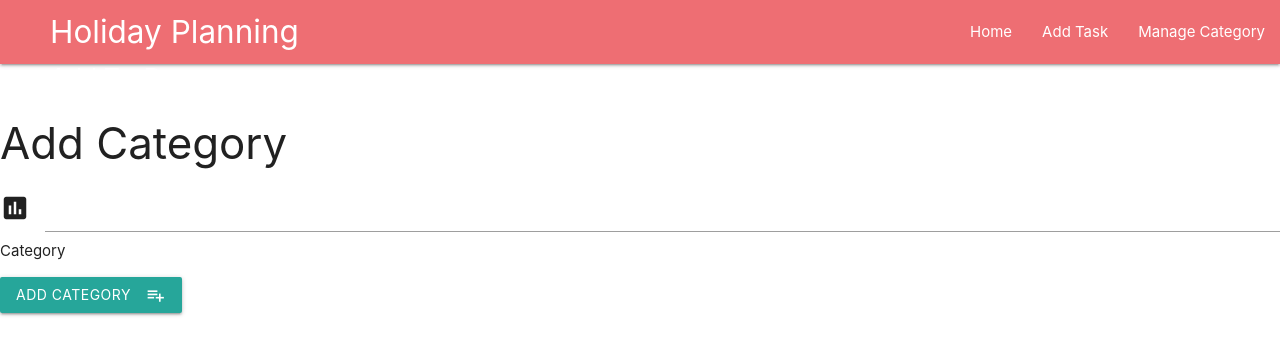
Repository: Code-Institute-Submissions/Project3-Holiday_Planning
Page: templates/addCategory.html
The author's editor kept a record of every edit. The page is drawn from the files as they stood at one moment, then again after the next edit.
The browser window is 1280 px wide. The pictures show the whole page.
Some web libraries are served in a nearby version. The page is served by the project's application, run on Flask 3 (app.py). The template is opened directly, without the code that normally fills it, so the values that code supplies are empty.

Above is the page before.

After the next edit:
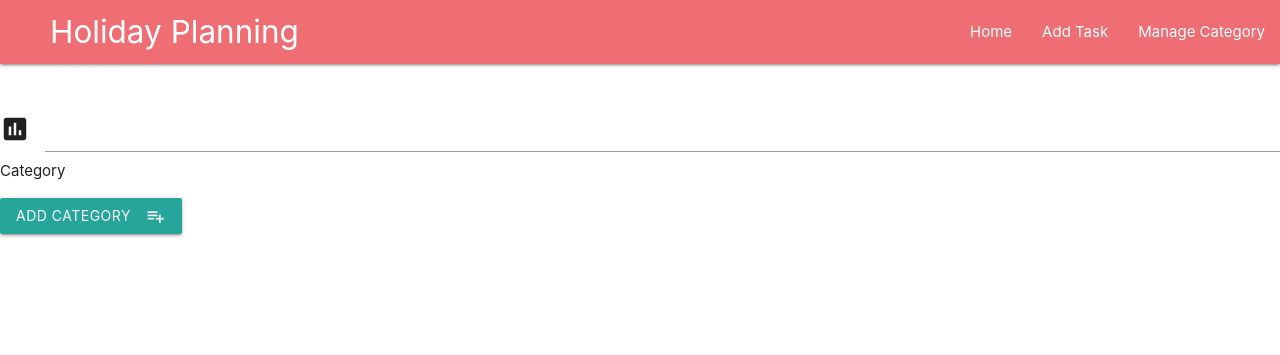
The edit:
--- a/templates/addCategory.html
+++ b/templates/addCategory.html
@@ -6,8 +6,6 @@
 </div>
 
 
-
-<h3>Add Category</h3>
 <form action ="{{url_for('insert_category')}}" method="POST" class="col s12>
 
     <div class="row">
